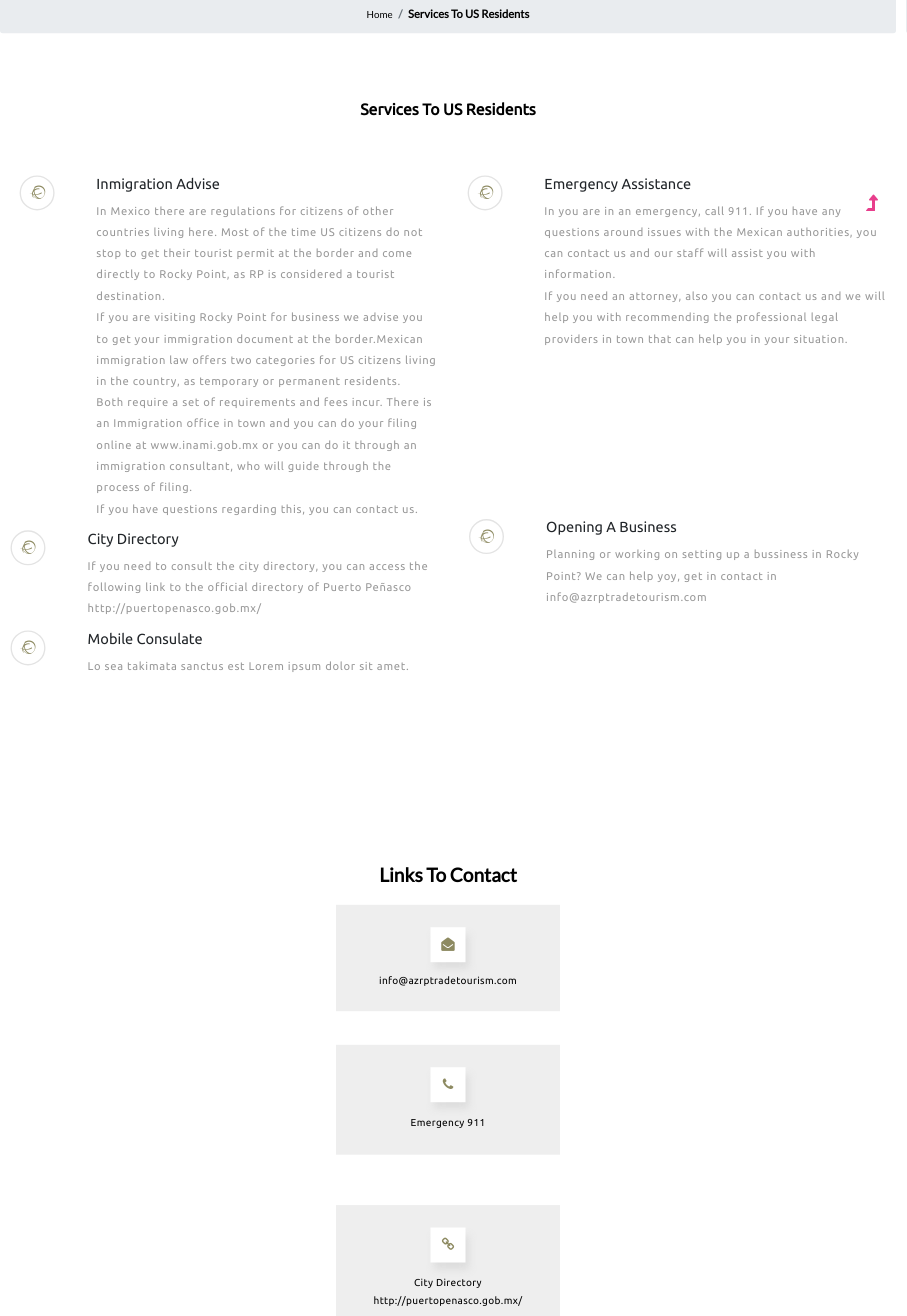
Repository: cynthiarm/Turismo
Page: services.html
These files come from the project's save history. The page is drawn as it stood at one moment and after the next save; the edit follows.
The browser window is 1280 px wide. The page is 1295 px wide, so the pictures cover 1295 px, including what lies to the right of the window. The pictures show the part of the page from y = 402 to 2282 px (the page is 2792 px tall before and 2824 px after), at 70% of full size.

Above is the page before, as saved 2019-05-19 14:33:48.

### services.html

<!DOCTYPE html>
<html lang="zxx">

<head>
    <title>Rocky Point - Arizona Trade & Tourism Office | Services to US residents </title>
    <!-- Meta tag Keywords -->
    <meta name="viewport" content="width=device-width, initial-scale=1">
    <meta charset="UTF-8" />
    <meta name="keywords" content="Freight Responsive web template, Bootstrap Web Templates, Flat Web Templates, Android Compatible web template, Smartphone Compatible web template, free webdesigns for Nokia, Samsung, LG, SonyEricsson, Motorola web design" />
    <script>
        addEventListener("load", function () {
            setTimeout(hideURLbar, 0);
        }, false);

        function hideURLbar() {
            window.scrollTo(0, 1);
        }
    </script>
    <!-- //Meta tag Keywords -->

    <!-- Custom-Files -->
    <link rel="stylesheet" href="css/bootstrap.css">
    <!-- Bootstrap-Core-CSS -->
    <link rel="stylesheet" href="css/style.css" type="text/css" media="all" />
    <!-- Style-CSS -->
    <link href="css/font-awesome.min.css" rel="stylesheet">
    <!-- Font-Awesome-Icons-CSS -->
    <!-- //Custom-Files -->

	<!-- Web-Fonts -->
	<link href="https://fonts.googleapis.com/css?family=Poppins&display=swap" rel="stylesheet">
	<link href="https://fonts.googleapis.com/css?family=Lato&display=swap" rel="stylesheet">
	<link href="https://fonts.googleapis.com/css?family=Ubuntu&display=swap" rel="stylesheet">
	<!-- //Web-Fonts -->
</head>

<body>
    <!-- header -->
    <header id="home">
        <ul class="menu float-right menu-login-ul">
            <li class="menu-login-li">
                <a href="login.html" class="reqe-button text-uppercase">Login</a>
                <a href="register.html" class="reqe-button text-uppercase">Register</a>
            </li>
        </ul>
        <div class="container">
            <div class="header d-lg-flex justify-content-between align-items-center py-sm-3 py-2 px-sm-2 px-1">
                <!-- logo -->
                <div id="logo">
                    <h1><a href="index.html"></a></h1>
                </div>
                <!-- //logo -->
                <!-- nav -->
                <div class="nav_amum-mkls ml-lg-5">
                    <nav>
                        <label for="drop" class="toggle">Menu</label>
                        <input type="checkbox" id="drop" />
                        <ul class="menu">
                            <li><a href="index.html">Home</a></li>
                            <li><a href="about.html">About Us</a></li>
                            <li><a href="portfolio.html">Historical Sites</a></li>
                            <li>
                                    <!-- First Tier Drop Down -->
                                    <label for="drop-2" class="toggle toogle-2">Education Resources <span class="fa fa-angle-down" aria-hidden="true"></span>
                                    </label>
                                    <a href="#">Education Resources <span class="fa fa-angle-down" aria-hidden="true"></span></a>
                                    <input type="checkbox" id="drop-2" />
                                    <ul>
                                        <li><a href="http://utpp.edu.mx/" class="drop-text">UTPP</a></li>
                                        <li><a href="http://ceuno.com.mx/portal/" class="drop-text">CEUNO</a></li>
                                        <li><a href="http://itspp.edu.mx/" class="drop-text">ITSPP</a></li>
                                        <li><a href="https://contactanos.unidep.mx/" class="drop-text">UNIDEP</a></li>
                                    </ul>
                                </li>
                                <li>
                                    <!-- Second Tier Drop Down -->
                                    <label for="drop-2" class="toggle toogle-2">Trade Oportunities <span class="fa fa-angle-down" aria-hidden="true"></span>
                                    </label>
                                    <a href="trade.html">Trade Oportunities <span class="fa fa-angle-down" aria-hidden="true"></span></a>
                                    <input type="checkbox" id="drop-2" />
                                    <ul>
                                        <li><a href="#Fishing & Food Processing" class="drop-text">Fishing/Food Processing</a></li>
                                        <li><a href="#Industry" class="drop-text">Industry</a></li>
                                        <li><a href="#Tourism" class="drop-text">Tourism</a></li>
                                        <li><a href="#Commerce" class="drop-text">Commerce</a></li>
                                        <li><a href="#Living" class="drop-text">Living</a></li>></li>
                                    </ul>
                                    <li>
                                        <!-- third Tier Drop Down -->
                                        <label for="drop-2" class="toggle toogle-2">Cultural Events <span class="fa fa-angle-down" aria-hidden="true"></span>
                                        </label>
                                        <a href="cultural.html">Cultural Events <span class="fa fa-angle-down" aria-hidden="true"></span></a>
                                        <input type="checkbox" id="drop-2" />
                                        <ul>
                                            <li><a href="cultural.html" class="drop-text">Calendar</a></li>
                                            <li><a href="gallery.html" class="drop-text">Galleries</a></li>
                                            <li><a href="cultural.html" class="drop-text">Festivals</a></li>
                                        </ul>
                                    </li>
                                    <li>
                                    <!-- Fourth Tier Drop Down -->
                                    <label for="drop-2" class="toggle toogle-2">Services to US Residents <span class="fa fa-angle-down" aria-hidden="true"></span>
                                    </label>
                                    <a href="services.html">Services to US Residents <span class="fa fa-angle-down" aria-hidden="true"></span></a>
                                    <input type="checkbox" id="drop-2" />
                                    <ul>
                                        <li><a href="#Inmigration Advise" class="drop-text">Inmigration Advise</a></li>
                                        <li><a href="#Emergency Assistance" class="drop-text">Emergency Assistance</a></li>
                                        <li><a href="#City Directory" class="drop-text">City Directory</a></li>
                                        <li><a href="#Opening a Bussiness" class="drop-text">Opening a Bussiness</a></li>
                                        <li><a href="#Mobile Consulate" class="drop-text">Mobile Consulate</a></li>
                                    </ul>
                                </li>
                            <li><a href="contact.html">Contact Us</a></li>
                        </ul>
                    </nav>
                </div>
                <!-- //nav -->
            </div>
        </div>
    </header>
    <!-- //header -->
    <!-- inner banner -->
    <div class="inner-banner-amum-mkls d-flex flex-column justify-content-center align-items-center">
    </div>
    <!-- //inner banner -->
    <!-- breadcrumbs -->
    <nav aria-label="breadcrumb">
        <ol class="breadcrumb d-flex justify-content-center">
            <li class="breadcrumb-item">
                <a href="index.html">Home</a>
            </li>
            <li class="breadcrumb-item active" aria-current="page">Services to US residents</li>
        </ol>
    </nav>
    <!-- //breadcrumbs -->

    <!-- services-->
    <section class="single_grid_amum-mk_main align-amum-mk">
        <div class="container">
            <div class="moa-tem_pvt_title text-center">
                <h4 class="amum-mkpvt-title">Services to US residents</h4>
            </div>
            <div class="row">
				<div class="col-lg-6">
					<div class="abt-grid">
						<div class="row">
							<div class="col-2">
								<div class="abt-icon">
									<span class="fa fa-ravelry"></span>
								</div>
							</div>
							<div class="col-10">
								<div class="abt-txt">
                                    <div class="abt-txt ml-0"id="Inmigration Advise"></div>
									<h4>Inmigration Advise</h4>
									<p> In Mexico there are regulations for citizens of other countries living here. Most of the time US citizens do not stop to get  their tourist permit at the border and come directly to Rocky Point, as RP is considered a tourist destination. <br>
                                        If you are visiting Rocky Point for business we advise you to get your immigration document at the border.Mexican immigration law offers two categories for US citizens living in the country, as temporary or permanent residents. <br>
                                        Both require a set of requirements and fees incur. There is an Immigration office in town and you can do your filing online at www.inami.gob.mx or you can do it through an immigration consultant, who will guide through the process of filing.<br>
                                        If you have questions regarding this, you can contact us.</p>
								</div>
							</div>
						</div>
					</div>
				</div>
		    <div class="col-lg-6">
					<div class="abt-grid">
						<div class="row">
							<div class="col-2">
								<div class="abt-icon">
									<span class="fa fa-ravelry"></span>
								</div>
							</div>
							<div class="col-10">
								<div class="abt-txt">
                                    <div class="abt-txt ml-0"id="Emergency Assistance"></div>
									<h4>Emergency Assistance</h4>
									<p>In you are in an emergency, call 911. If you have any questions around issues with the Mexican authorities, you can contact us and our staff will assist you with information.<br>
                                       If you need an attorney, also you can contact us and we will help you with recommending the professional legal providers in town that can help you in your situation.</p>
								</div>
							</div>
						</div>
					</div>
			</div>
            <div class="row">
                    <div class="col-lg-6 my-3">
                        <div class="abt-grid">
                            <div class="row">
                                <div class="col-2">
                                    <div class="abt-icon">
                                        <span class="fa fa-ravelry"></span>
                                    </div>
                                </div>
                            <div class="col-10">
                                 <div class="abt-txt">
                                    <div class="abt-txt ml-0"id="City Directory"></div>
                                    <h4>City Directory</h4>
                                    <p>If you need to consult the city directory, you can access the following link to the official directory of Puerto Peñasco http://puertopenasco.gob.mx/</p>
                                </div>
                            </div>
                        </div>
                    </div>
                </div>
            <div class="col-lg-6">
                    <div class="abt-grid">
                        <div class="row">
                            <div class="col-2">
                                <div class="abt-icon">
                                    <span class="fa fa-ravelry"></span>
                                </div>
                            </div>
                            <div class="col-10">
                                <div class="abt-txt">
                                    <div class="abt-txt ml-0"id="Opening A Business"></div>
                                    <h4>Opening A Business</h4>
                                    <p>Planning or working on setting up a bussiness in Rocky Point? We can help yoy, get in contact in info@azrptradetourism.com </p>
                                </div>
                            </div>
                        </div>
                    </div>
            </div>
            <div class="col-lg-6">
                    <div class="abt-grid">
                        <div class="row">
                            <div class="col-2">
                                <div class="abt-icon">
                                    <span class="fa fa-ravelry"></span>
                                </div>
                            </div>
                            <div class="col-10">
                                <div class="abt-txt">
                                    <div class="abt-txt ml-0"id="Mobile Consulate"></div>
                                    <h4>Mobile Consulate</h4>
                                    <p>Lo sea takimata sanctus est Lorem ipsum dolor sit amet.</p>
                                </div>
                            </div>
                        </div>
                    </div>
                </div>
            </div>
               </div>
            </div>
        </div>
	</section>
    <!-- //services -->
<!-- contact-->

<section class="contact-moa-tem align-amum-mk row" id="contact"></section>
    <div class="col-lg-3 text-center mx-auto">
        <h5 class="cont-form">Links to contact</h5>
        <div class="">
        <div class="row flex-column">
            <div class="contact-amum-mk">
                <span class="fa fa-envelope-open  mb-3"></span>
                <div class="d-flex flex-column">
                    <a href="mailto:example@email.com" class="d-block">info@azrptradetourism.com</a>
                </div>
            </div>
            <div class="contact-amum-mk my-5">
                <span class="fa fa-phone mb-3"></span>
                <div class="d-flex flex-column">
                    <p>Emergency 911</p>
                </div>
            </div>
            <div class="contact-amum-mk my-4">
                <span class="fa fa-link mb-3"></span>
                <div class="d-flex flex-column">
                    <p>City Directory</p>
                        <a href="#" class="d-block">http://puertopenasco.gob.mx/</a>
                </div>
            </div>
        </div>
        </div>
    </div>
</section>
    <!-- //contact -->
    <!-- footer -->
    <footer class="footer py-md-5 pt-md-3 pb-sm-5">
		<div class="container">
				<div class="row p-sm-4 px-3 py-3">
						<div class="col-lg-4 footer-top mt-md-0 mt-sm-5">
								<h2>
										<a class="navbar-brand" href="index.html">
												Rocky Point - Arizona  <br> Trade & Tourism Office
										</a>
								</h2>
								<div class="fv3-contact mt-2">
												<p>
												 <a href="mailto:example@email.com">info@azrptradetourism.com</a>
												</p>
								</div>
								<div class="fv3-contact my-2">
												<p>US Phone +456 123 7890</p>
								</div>
								<div class="fv3-contact my-2">
												<p>MX Cell +638 116 1253</p>
								</div>
								<div class="fv3-contact">
												<p>Plaza del Sol, L6, Blvd. Freemont, Puerto Peñasco, Sonora, 83550.</p>
								</div>
						</div>
						<div class="col-lg-2  col-md-6 mt-lg-0 mt-4">
								<div class="footerv2-amum-mkls">
										<h3 class="mb-3 amum-mkf_title">Navigation</h3>
										<hr>
										<ul class="list-amum-mkpvtits">
												<li>
														<a href="index.html">
																Home
														</a>
												</li>
												<li class="my-2">
														<a href="about.html">
																About Us
														</a>
												</li>
												<li class="my-2">
														<a href="portfolio.html">
																Historical Sites
														</a>
												</li>
												<li class="mb-2">
														<a href="single.html">
																Blog
														</a>
												</li>
												<li>
														<a href="contact.html">
																Contact Us
														</a>
												</li>
										</ul>
								</div>
						</div>
						<div class="col-lg-2  col-md-6 mt-lg-0 mt-4">
								<div class="footerv2-amum-mkls">
										<h3 class="mb-3 amum-mkf_title">Links</h3>
										<hr>
										<ul class="list-amum-mkpvtits">
												<li>
														<a href="about.html">
                                                                Directory
														</a>
												</li>
												<li class="my-2">
														<a href="single.html">
																Latest posts
														</a>
												</li>
												<li class="my-2">
														<a href="portfolio.html">
																Explore
														</a>
												</li>
												<li class="mb-2">
														<a href="contact.html">
																Find us
														</a>
												</li>
												<li>
														<a href="index.html">
																Privacy Policy
														</a>
												</li>
										</ul>
								</div>
						</div>
						<div class="col-lg-2 col-md-6 mt-lg-0 mt-4">
								<div class="footerv2-amum-mkls">
										<h3 class="mb-3 amum-mkf_title">Links</h3>
										<hr>
										<ul class="list-amum-mkpvtits">
												<li>
														<a href="single.html">
																more
														</a>
												</li>
												<li class="my-2">
														<a href="portfolio.html">
																our work
														</a>
												</li>
												<li class="my-2">
														<a href="about.html">
															  Services
														</a>
												</li>
												<li class="mb-2">
														<a href="contact.html">
																contact us
														</a>
												</li>
												<li>
														<a href="index.html">
															Privacy Policy
														</a>
												</li>
										</ul>
								</div>
						</div>
						<div class="col-lg-2  col-md-6 mt-lg-0 mt-4">
							<div class="footerv2-amum-mkls">
							<div class="container-fluid"></div>
									<div class="social-icons">
											<ul>
													<li>
														<a href="https://www.facebook.com/Rocky-Point-Arizona-Trade-and-Tourism-Office-2130531390535108/">
															<span class="fa fa-facebook mr-lg-3"></span>
														</a>
													</li>
													<li>
														<a href="https://twitter.com/AZRockyPoint">
															<span class="fa fa-twitter mr-lg-3"></span>
														</a>
													</li>
													<li>
														<a href="info@azrptradetourism.com">
															<span class="fa fa-envelope mr-lg-3"></span>
														</a>
													</li>
											</ul>
									</div>
								</div>
		<!-- //footer bottom -->
</footer>
<!-- //footer -->
<!-- copyright -->
<div class="cpy-right text-center bg-theme">
		<p class="text-wh">© 2019 Rocky Point-Arizona
		Trade & Tourism Office. All rights reserved.</p>

		</div>
</div>
<!-- //copyright -->
<!-- move top icon -->
<a href="#home" class="move-top text-center">
		<span class="fa fa-level-up" aria-hidden="true"></span>
</a>
<!-- //move top icon -->

</body>

</html>

Loaded but not shown: css/bootstrap.css (library); css/font-awesome.min.css (library); css/style.css (3265 lines, source omitted)

After the next save:
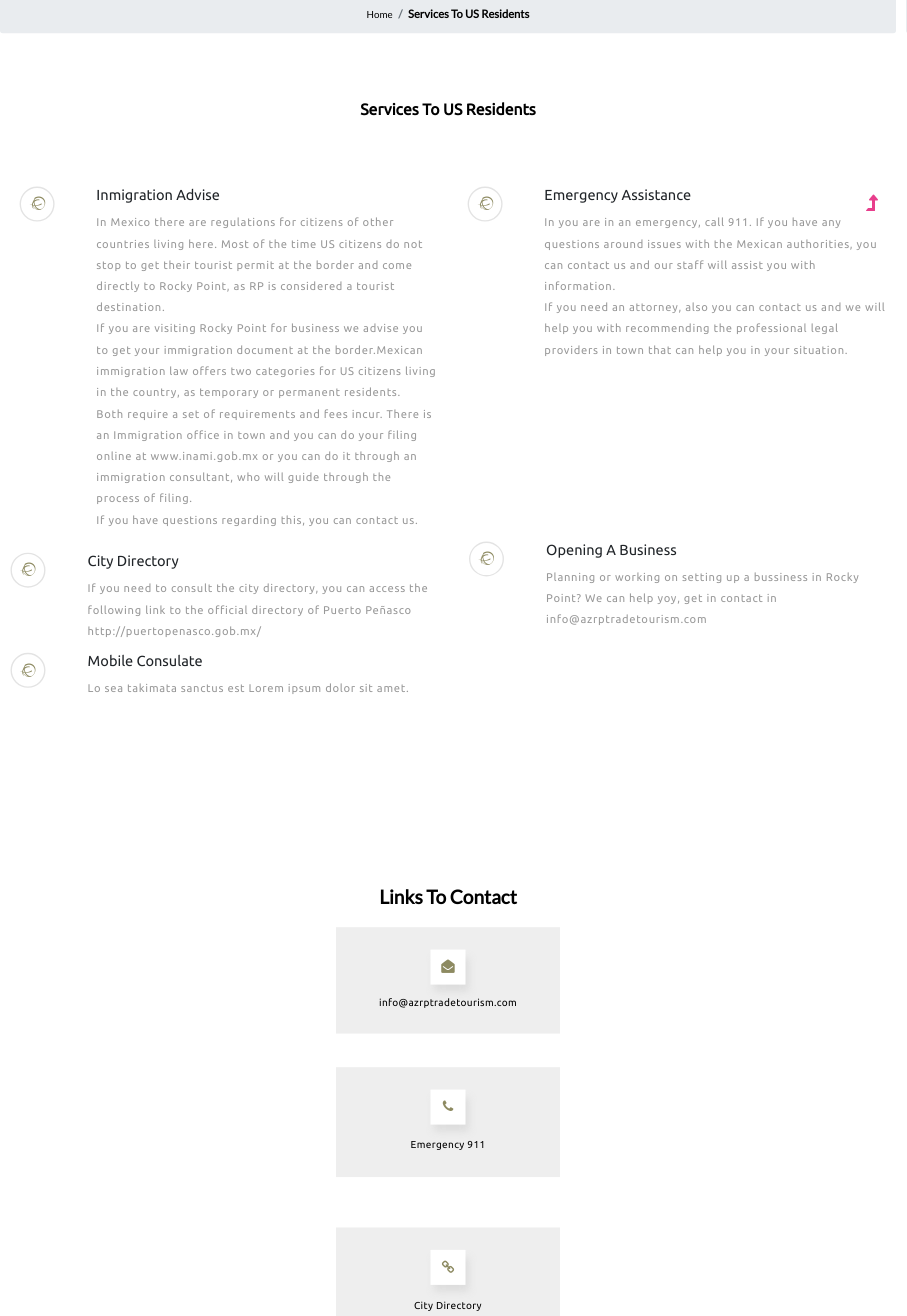
Saved 16 s later.
--- a/services.html
+++ b/services.html
@@ -143,7 +143,7 @@
                 <h4 class="amum-mkpvt-title">Services to US residents</h4>
             </div>
             <div class="row">
-				<div class="col-lg-6">
+				<div class="col-lg-6 my-3">
 					<div class="abt-grid">
 						<div class="row">
 							<div class="col-2">
@@ -164,7 +164,7 @@
 						</div>
 					</div>
 				</div>
-		    <div class="col-lg-6">
+		    <div class="col-lg-6 my-3">
 					<div class="abt-grid">
 						<div class="row">
 							<div class="col-2">
